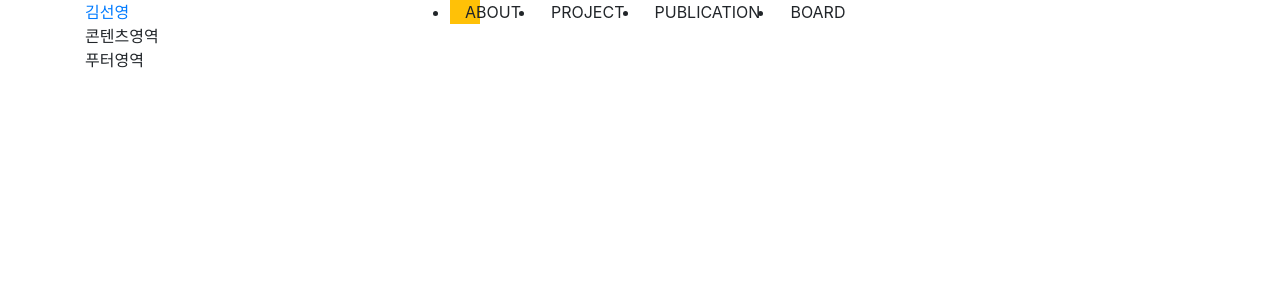
Repository: supremest35/web-projects
Page: http://localhost/noticeboard/
These files come from the project's save history. The page is drawn as it stood at one moment and after the next save; the edit follows.
The browser window is 1280 px wide. The pictures show the whole page.
The page is served by Tomcat 9.

Above is the page before, as saved 2020-12-06 03:04:20.

After the next save:
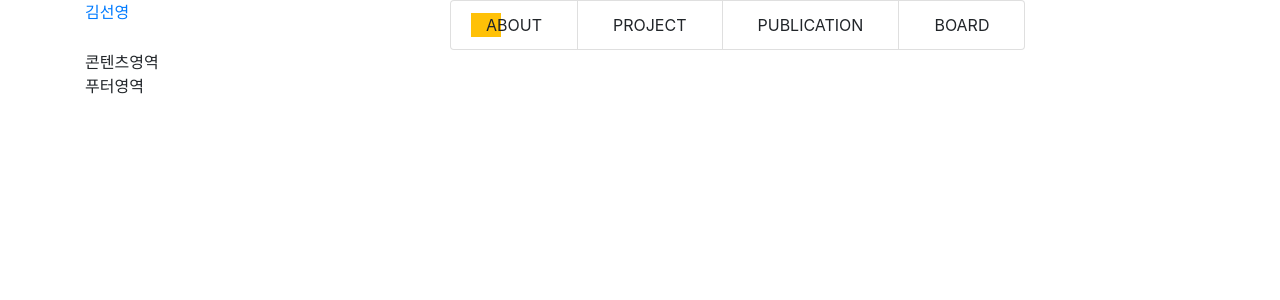
Saved 30 s later.
--- a/noticeboard/WebContent/index.jsp
+++ b/noticeboard/WebContent/index.jsp
@@ -17,10 +17,10 @@
 		<div class="col-2"><a href="index.jsp">김선영</a></div>
 		<div class="col-2"></div>
 		<ul class="list-group list-group-horizontal">
-			<li><div class="col-2 bg-warning">ABOUT</div></li>
-			<li><div class="col-2">PROJECT</div></li>
-			<li><div class="col-2">PUBLICATION</div></li>
-			<li><div class="col-2">BOARD</div></li>
+			<li class="list-group-item"><div class="col-2 bg-warning">ABOUT</div></li>
+			<li class="list-group-item"><div class="col-2">PROJECT</div></li>
+			<li class="list-group-item"><div class="col-2">PUBLICATION</div></li>
+			<li class="list-group-item"><div class="col-2">BOARD</div></li>
 		</ul>
 
 
